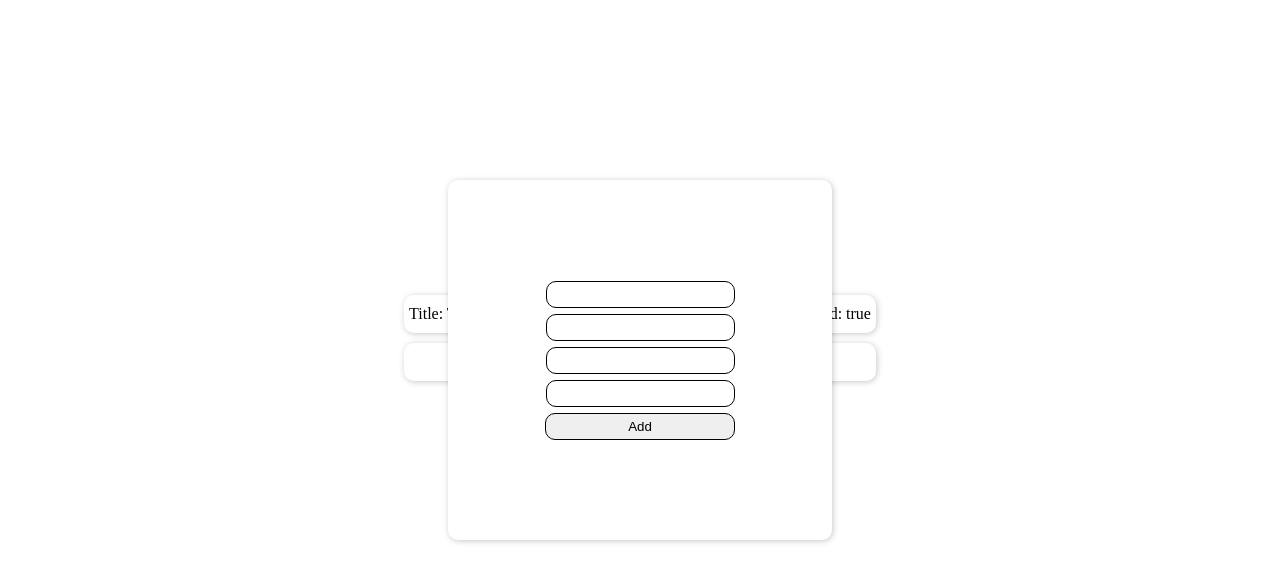
Repository: kocokoy/library
Page: index.html
An editor plug-in stored every save of this project. The page is shown before and after the next save, followed by the edit.
The browser window is 1280 px wide. The pictures show the whole page.

Above is the page before, as saved 2024-11-06 09:21:33.

After the next save:
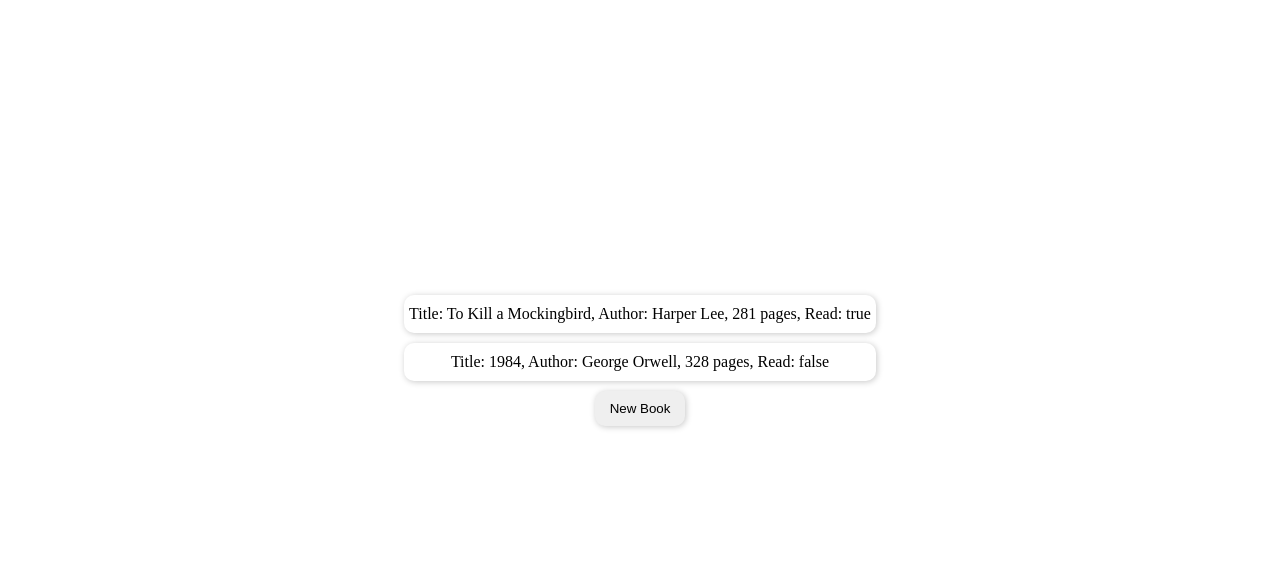
Saved 2 min 51 s later.
--- a/style.css
+++ b/style.css
@@ -47,6 +47,10 @@
 }
 
 /* add book card */
+
+.show-add-new-book-card{
+  opacity: 100%;
+}
 .add-new-book-card {
   position: absolute;
   background-color: white;
@@ -58,7 +62,7 @@
   align-items: center;
   justify-content: center;
   border-radius: 10px;
-  opacity: 100%;
+  opacity: 0%;
 
 }
 

After the 5 saves that followed:
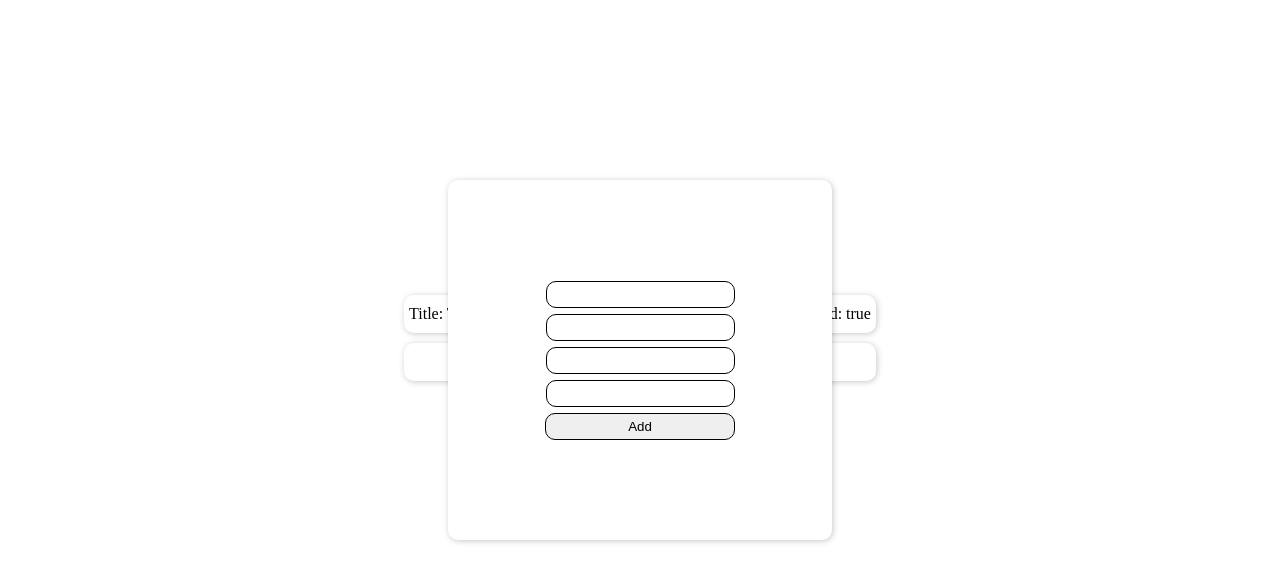
The 5 saves are shown as one change because 3 left the picture as it was and some came seconds apart.
The last was saved 4 min 18 s later.
--- a/index.html
+++ b/index.html
@@ -13,7 +13,7 @@
       </div>
       <button class="new-book-button jsNewBookButton">New Book</button>
     </div>
-    <div class="add-new-book-card">
+    <div class="add-new-book-card hide-add-new-book-card">
       <div>
         <input class="jsBookTitle" type="text">
         <input class="jsBookAuthor" type="text">
--- a/style.css
+++ b/style.css
@@ -49,7 +49,7 @@
 /* add book card */
 
 .show-add-new-book-card{
-  opacity: 100%;
+  opacity: 0%;
 }
 .add-new-book-card {
   position: absolute;
@@ -62,7 +62,7 @@
   align-items: center;
   justify-content: center;
   border-radius: 10px;
-  opacity: 0%;
+
 
 }
 
